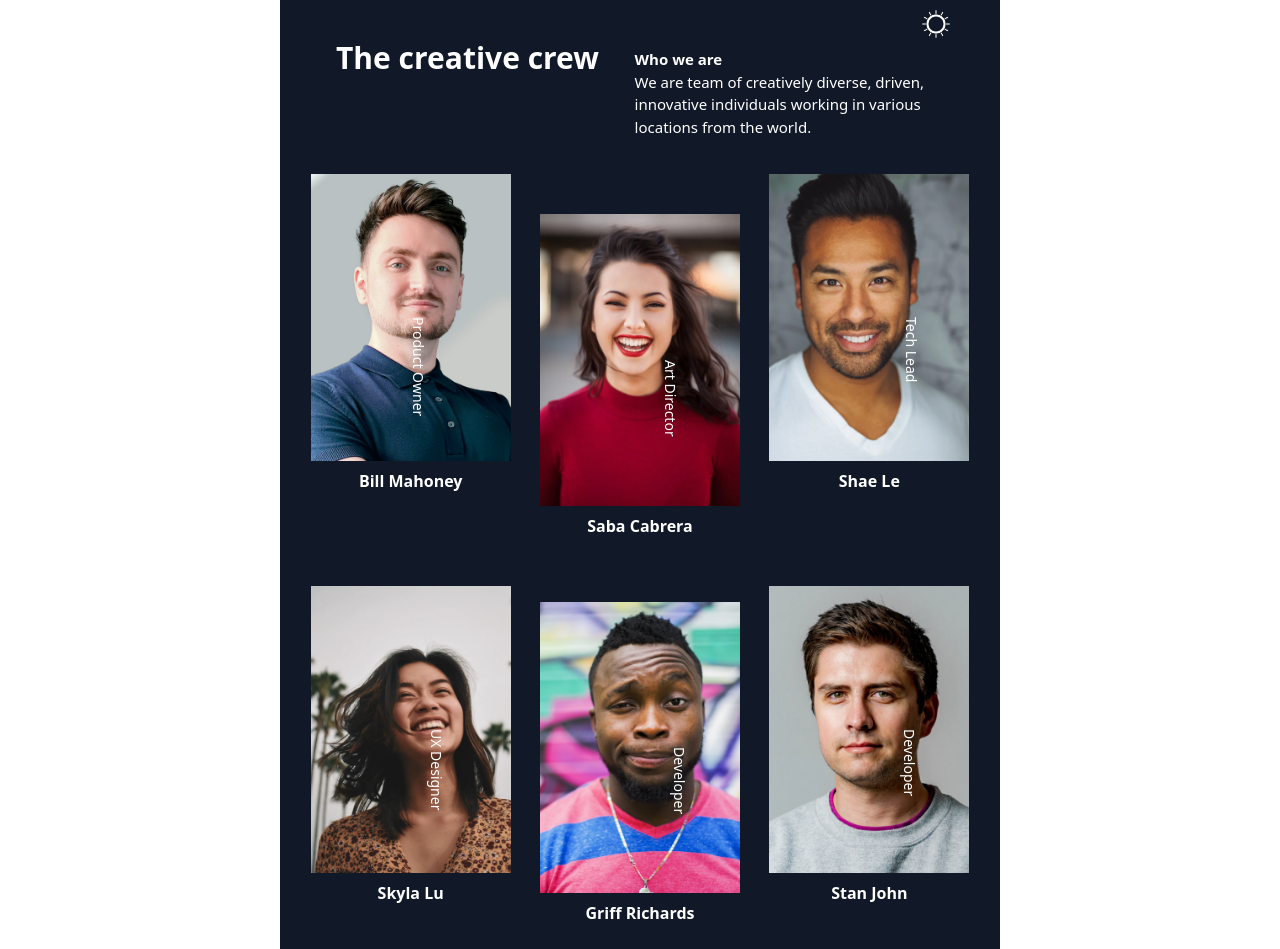
Repository: Alzate1075/Funval-G3-N2
Page: /
These files come from the project's save history. The page is drawn as it stood at one moment and after the next save; the edit follows.
The browser window is 1280 px wide. The pictures show the whole page.
The project was rebuilt for these pictures with package versions that can differ from the ones it lists, and the page was loaded fresh each time. Also part of the build but not shown: vite.config.js.

Above is the page before, as saved 2025-07-02 23:54:28.

### index.html
<!DOCTYPE html>
<html lang="en">
  <head>
    <meta charset="UTF-8" />
    <link rel="icon" type="image/svg+xml" href="/vite.svg" />
    <meta name="viewport" content="width=device-width, initial-scale=1.0" />
    <link rel="stylesheet" href="./src/index.css" />
    <title>Vite + React</title>
  </head>
  <body>
    <div id="root"></div>
    <script type="module" src="/src/main.jsx"></script>
  </body>
</html>

### src/App.jsx
import React from "react";
import { TeamCard } from "./components/TeamCard";
import miArray from "./components/ArrayTeams";

function App() {
  return (
    <div className="md:bg-[#111827] p-2 md:mx-70">
      <div className="flex justify-end mr-10">
        <img src="/images/sol.png" alt="sol" className="w-8 hidden md:block" />
      </div>
      <div className="flex justify-end">
        <img src="/images/luna.png" alt="luna" className="w-8 md:hidden" />
      </div>
      <div className="md:text-white text-black text-center md:flex md:justify-between md:mx-12">
        <h1 className="text-3xl font-bold">The creative crew</h1>
        <p className="text-[15px] mt-2 max-w-md md:text-md text-wrap text-left m-5">
          <b>Who we are</b>
          <br />
          We are team of creatively diverse, driven, <br /> innovative
          individuals working in various <br /> locations from the world.
        </p>
      </div>

      <div className="md:bg-[#111827] grid grid-cols-2 md:grid-cols-3 gap-x-4 gap-y-6 p-4">
        {miArray.map((persona, index) => (
          <TeamCard
            key={index}
            name={persona.name}
            role={persona.role}
            image={persona.image}
            extraClass={`${index % 2 === 1 ? "mt-6" : ""} ${
              index % 3 === 1 ? "md:mt-10" : ""
            }`}
          />
        ))}
      </div>
    </div>
  );
}

export default App;

### src/components/TeamCard.jsx
import React from "react";
export function TeamCard(props) {
  return (
    <div className={`${props.extraClass}`}>
      <div className="text-black md:text-white md:flex md:items-center md:justify-center gap-2 relative">
        <img src={props.image} alt={props.name} className="md:w-[200px] w-20" />
        <span className="absolute right-0 top-1/2 -translate-y-1/2 rotate-90 origin-left text-sm">
          {props.role}
        </span>
      </div>
      <div className="md:text-white text-center mt-2">
        <h3 className="font-semibold">{props.name}</h3>
      </div>
    </div>
  );
}

### src/components/ArrayTeams.jsx
import React from "react";
const miArray = [
  {
    name: "Bill Mahoney",
    role: "Product Owner",
    image: "/images/photo1.png",
  },
  {
    name: "Saba Cabrera",
    role: "Art Director",
    image: "/images/photo2.png",
  },
  {
    name: "Shae Le",
    role: "Tech Lead",
    image: "/images/photo3.png",
  },
  {
    name: "Skyla Lu",
    role: "UX Designer",
    image: "/images/photo4.png",
  },
  {
    name: "Griff Richards",
    role: "Developer",
    image: "/images/photo5.png",
  },
  {
    name: "Stan John",
    role: "Developer",
    image: "/images/photo6.png",
  },
];

export default miArray;

Loaded but not shown: src/index.css (common file); src/main.jsx (common file)

After the next save:
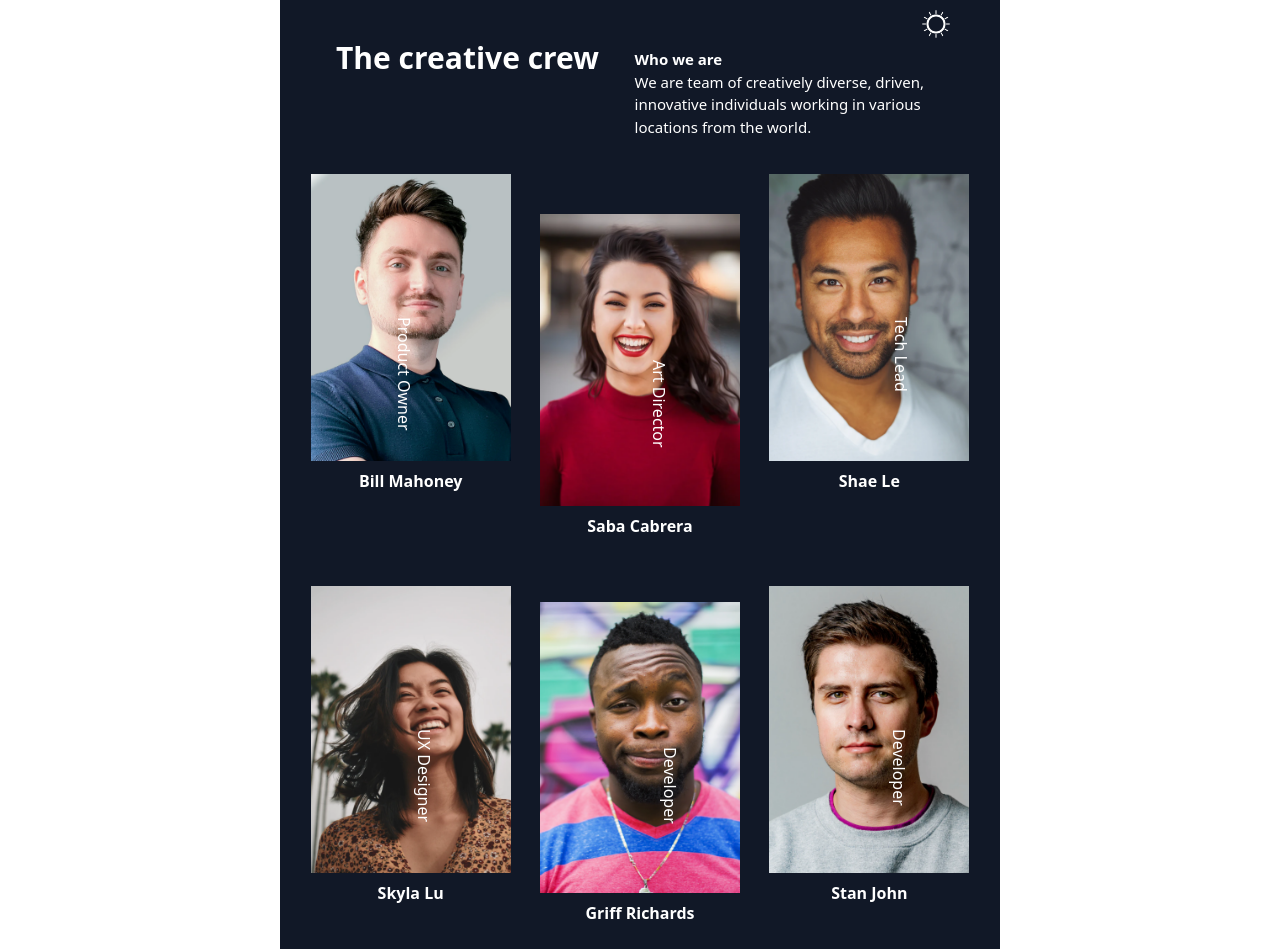
Saved 65 s later.
--- a/src/components/TeamCard.jsx
+++ b/src/components/TeamCard.jsx
@@ -4,7 +4,7 @@ export function TeamCard(props) {
     <div className={`${props.extraClass}`}>
       <div className="text-black md:text-white md:flex md:items-center md:justify-center gap-2 relative">
         <img src={props.image} alt={props.name} className="md:w-[200px] w-20" />
-        <span className="absolute right-0 top-1/2 -translate-y-1/2 rotate-90 origin-left text-sm">
+        <span className="absolute right-0 top-1/2 -translate-y-1/2 rotate-90 origin-left text-10">
           {props.role}
         </span>
       </div>
